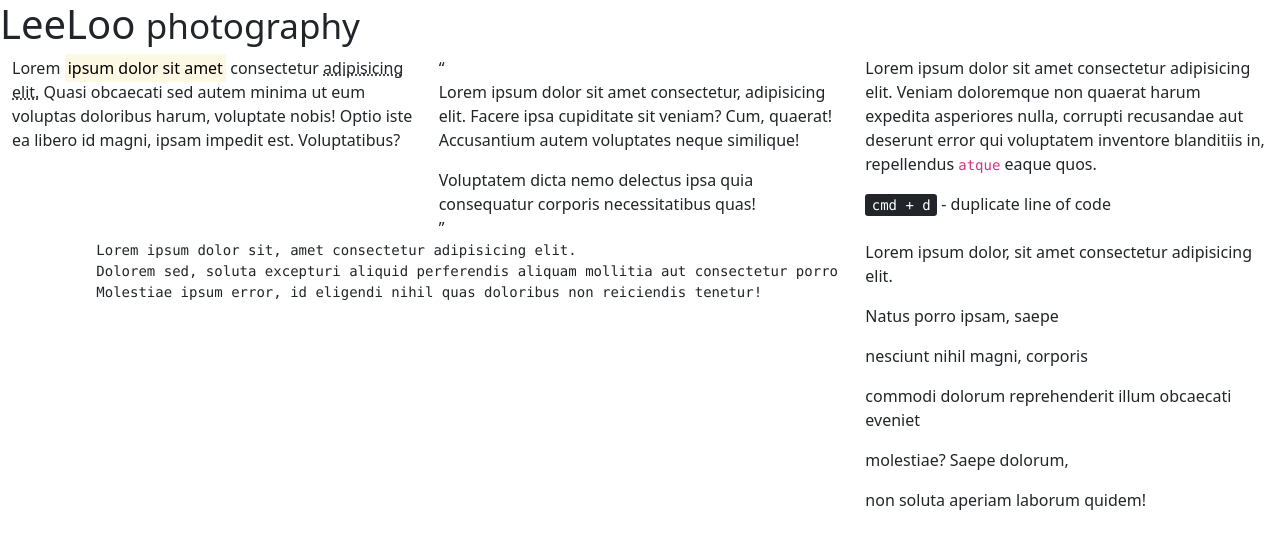
Repository: Zyzik-33/bootstrap-test
Page: index.html
These files come from the project's save history. The page is drawn as it stood at one moment and after the next save; the edit follows.
The browser window is 1280 px wide. The pictures show the whole page.

Above is the page before, as saved 2021-01-27 14:57:32.

After the next save:
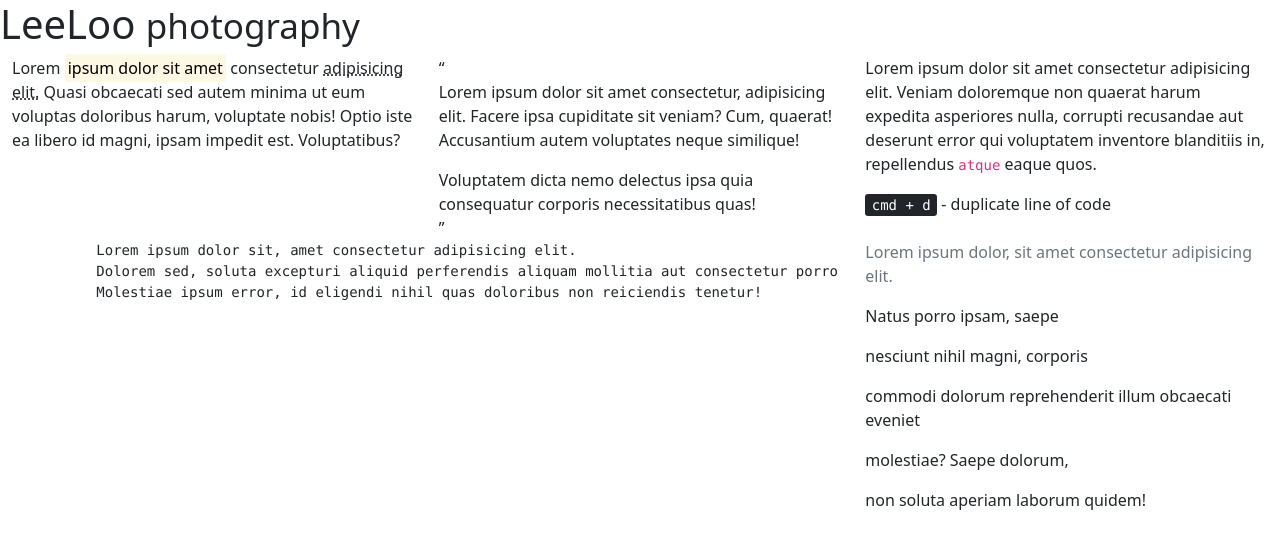
Saved 12 s later.
--- a/index.html
+++ b/index.html
@@ -46,7 +46,7 @@
         </pre>
       </div>
       <div class="col-lg-4">
-       <p class=""> Lorem ipsum dolor, sit amet consectetur adipisicing elit.</p>
+       <p class="text-muted"> Lorem ipsum dolor, sit amet consectetur adipisicing elit.</p>
        <p>Natus porro ipsam, saepe</p>
        <p>nesciunt nihil magni, corporis</p>
        <p>commodi dolorum reprehenderit illum obcaecati eveniet</p>
